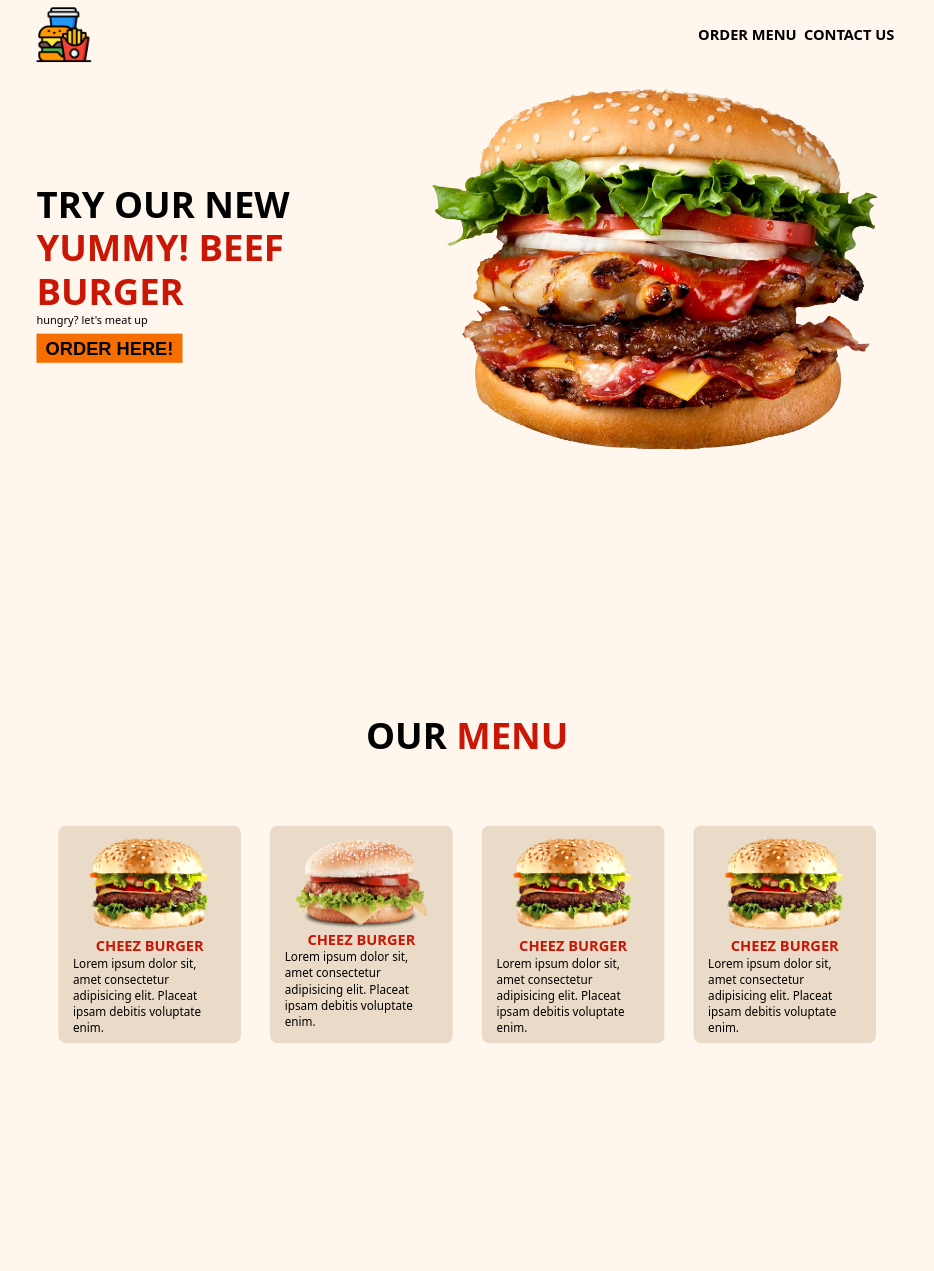
Repository: duc-thanh-2303/food
Page: index.html
An editor plug-in stored every save of this project. The page is shown before and after the next save, followed by the edit.
The browser window is 1280 px wide. The pictures show the whole page, at 73% of full size.

Above is the page before, as saved 2022-11-29 15:50:28.

After the next save:
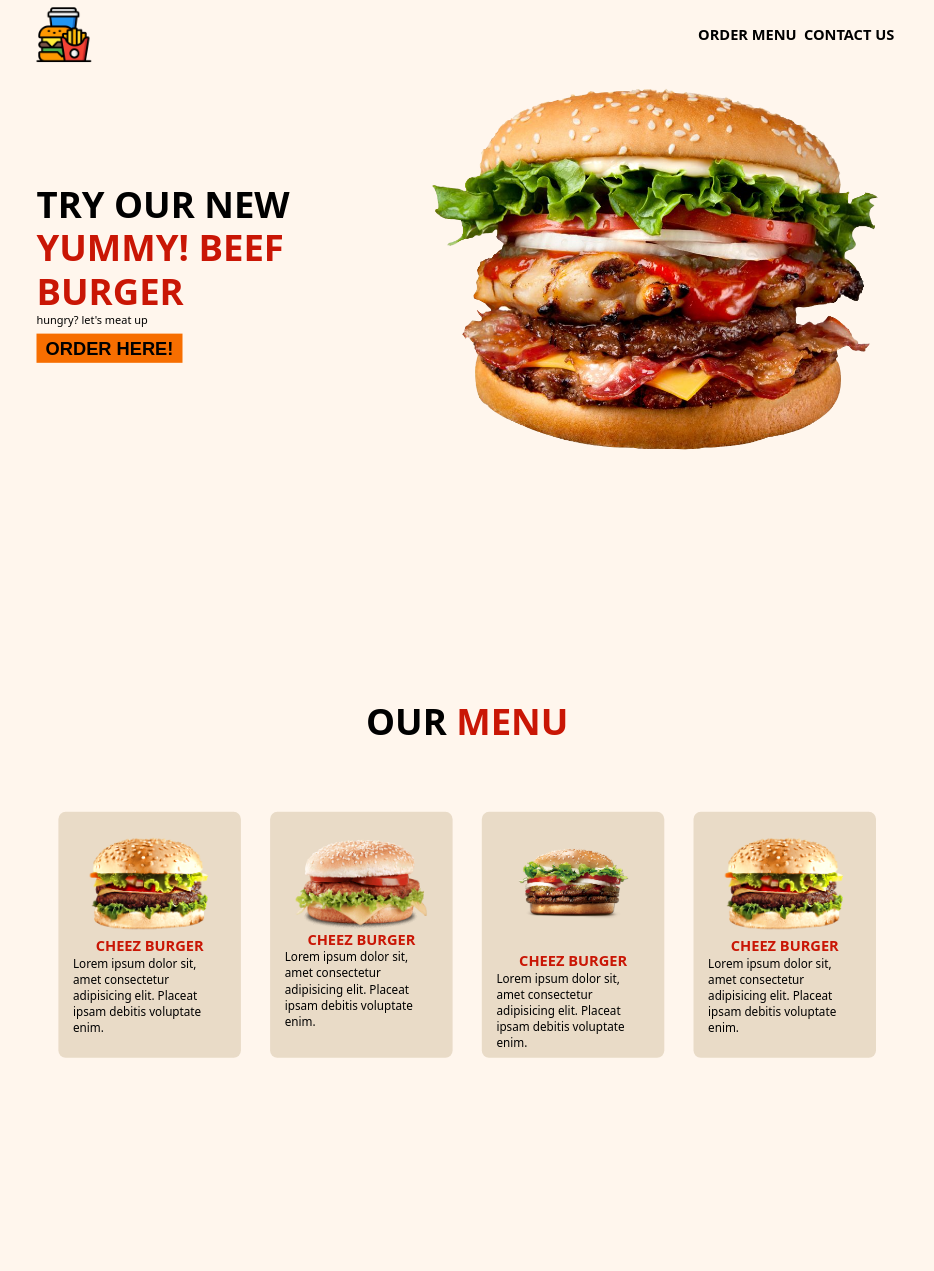
Saved 4 s later.
--- a/index.html
+++ b/index.html
@@ -51,7 +51,7 @@
                 </div>
 
                 <div class="menu__section__box">
-                    <img src="./img/qc__1.png" alt="" class="menu__section__box__img">
+                    <img src="./img/qc__3.png" alt="" class="menu__section__box__img">
                     <h3>CHEEZ BURGER</h3>
                     <p>Lorem ipsum dolor sit, amet consectetur adipisicing elit. Placeat ipsam debitis voluptate enim.</p>
                 </div>
